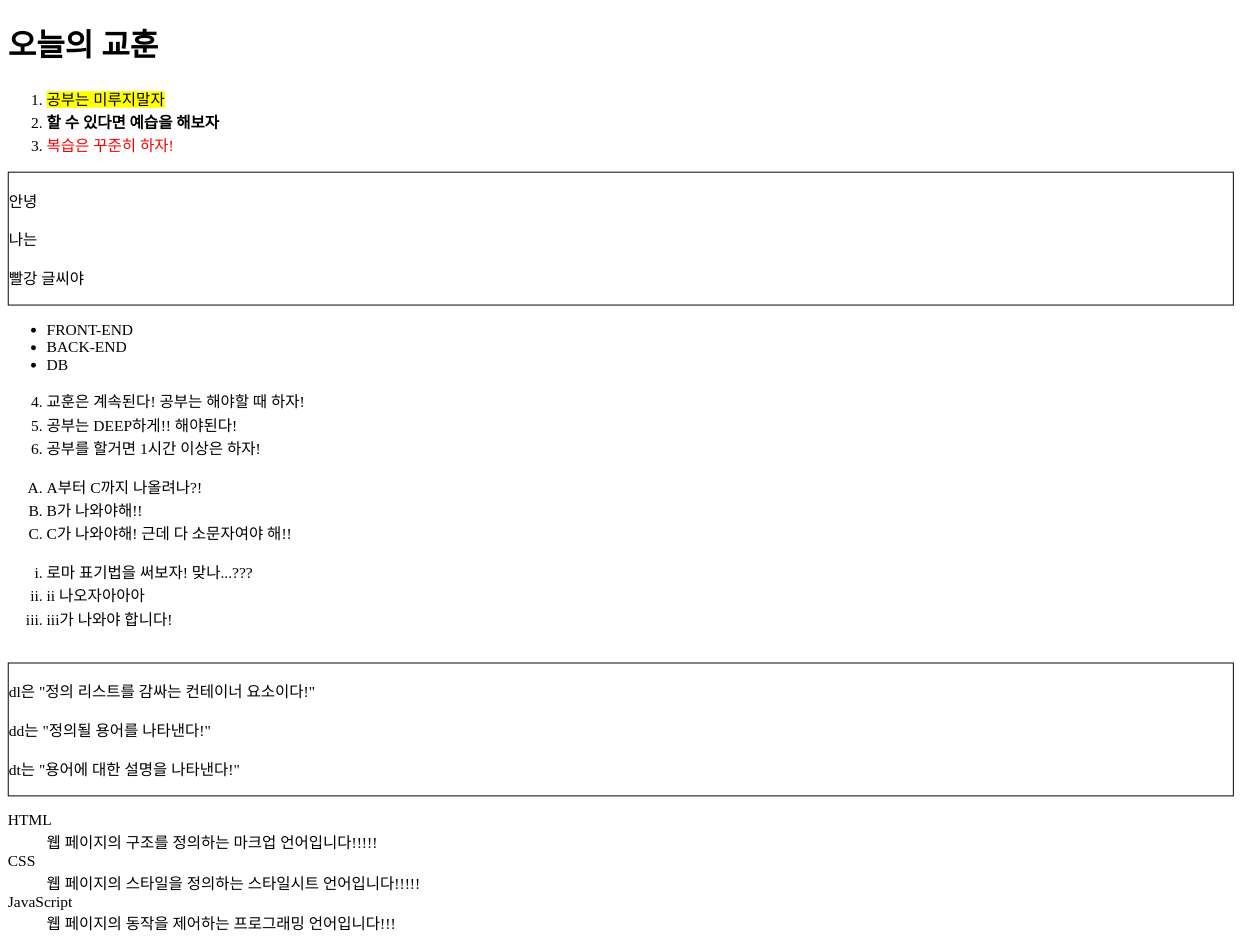
Repository: WonSeungUn/VSCODE
Page: web_work/Html/WebContent/homework.html
An editor plug-in stored every save of this project. The page is shown before and after the next save, followed by the edit.
The browser window is 1280 px wide. The pictures show the whole page, at 97% of full size.

Above is the page before, as saved 2024-07-08 11:04:46.

### web_work/Html/WebContent/homework.html
<!DOCTYPE html>
<html>
<head>
<meta name="author" content="WonSeungEon">
<meta charset="UTF-8">
<title>HTML 숙제</title>
<style type="text/css">
#divParent {
	border: 1px solid #000;
}

</style>
</head>

<body>
	<header>
		<h1>오늘의 교훈</h1>
	</header>
	<ol>
		<li><mark>공부는 미루지말자</mark></li>
		<li><strong>할 수 있다면 예습을 해보자</strong></li>
		<li><span style="color: red;'">복습은 꾸준히 하자!</span></li>
	</ol>

	<div id="divParent">
		<p >안녕</p>
		<p >나는</p>
		<p >빨강 글씨야</p>
	</div>

	<ul>
		<li>FRONT-END</li>
		<li>BACK-END</li>
		<li>DB</li>
	</ul>

	<ol start="4">
		<li>교훈은 계속된다! 공부는 해야할 때 하자!</li>
		<li>공부는 DEEP하게!! 해야된다!</li>
		<li>공부를 할거면 1시간 이상은 하자!</li>
	</ol>

	<ol style="list-style-type: upper-alpha;">
		<li>A부터 C까지 나올려나?!</li>
		<li>B가 나와야해!!</li>
		<li>C가 나와야해! 근데 다 소문자여야 해!!</li>
	</ol>

	<ol style="list-style-type: Lower-roman;">
		<li>로마 표기법을 써보자! 맞나...???</li>
		<li>ii 나오자아아아</li>
		<li>iii가 나와야 합니다!</li>
	</ol>
	<br>

	<section style="border: 1px solid #000;">
	<p>dl은 "정의 리스트를 감싸는 컨테이너 요소이다!"</p>
	<p>dd는 "정의될 용어를 나타낸다!"</p>
	<p>dt는 "용어에 대한 설명을 나타낸다!"</dd>
	</section>
	<dl>
		<dt>HTML</dt>
		<dd>웹 페이지의 구조를 정의하는 마크업 언어입니다!!!!!</dd>

		<dt>CSS</dt>
		<dd>웹 페이지의 스타일을 정의하는 스타일시트 언어입니다!!!!!</dd>

		<dt>JavaScript</dt>
		<dd>웹 페이지의 동작을 제어하는 프로그래밍 언어입니다!!!</dd>
	</dl>

</body>
</html>

After the next save:
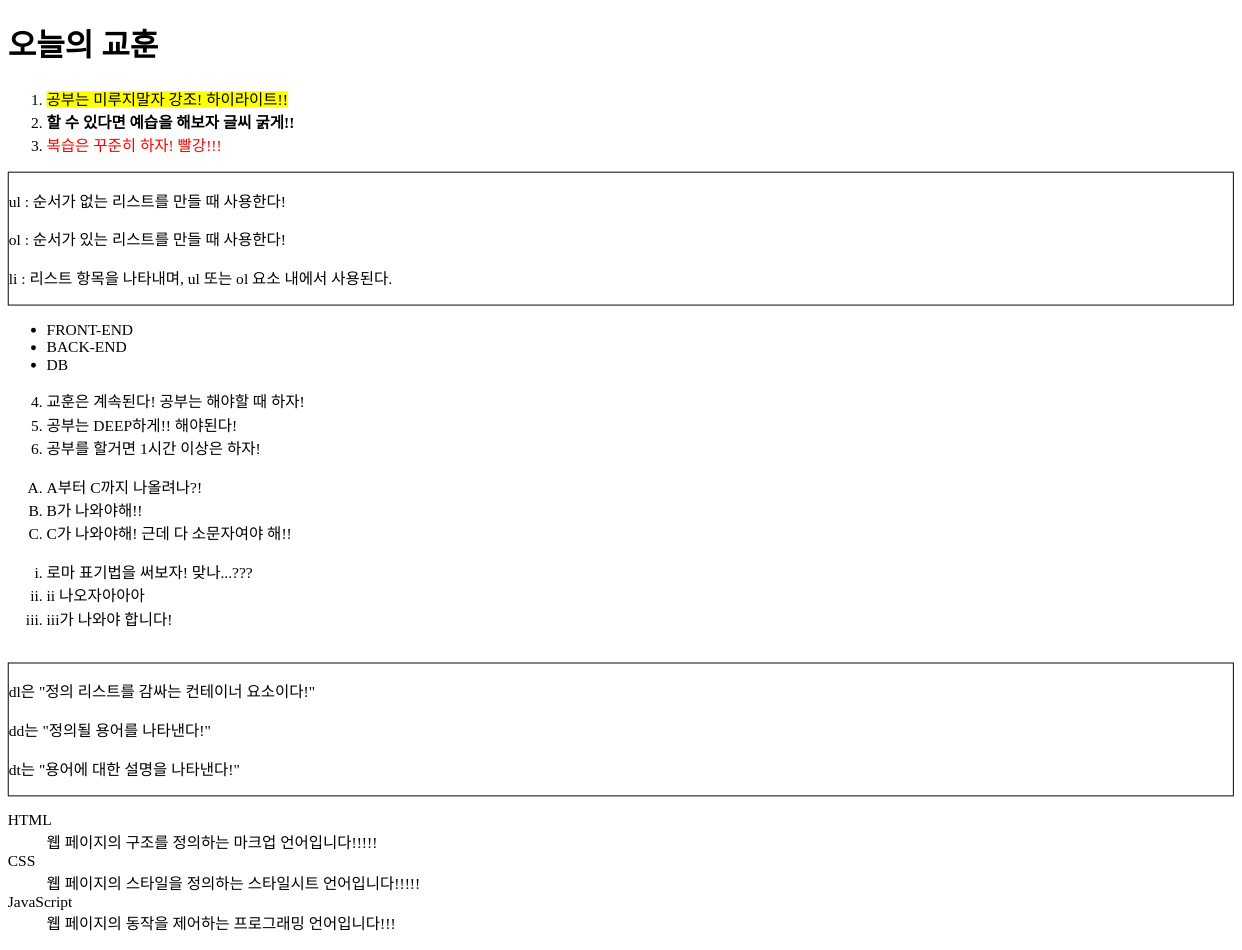
Saved 92 s later.
--- a/web_work/Html/WebContent/homework.html
+++ b/web_work/Html/WebContent/homework.html
@@ -17,15 +17,15 @@
 		<h1>오늘의 교훈</h1>
 	</header>
 	<ol>
-		<li><mark>공부는 미루지말자</mark></li>
-		<li><strong>할 수 있다면 예습을 해보자</strong></li>
-		<li><span style="color: red;'">복습은 꾸준히 하자!</span></li>
+		<li><mark>공부는 미루지말자 강조! 하이라이트!!</mark></li>
+		<li><strong>할 수 있다면 예습을 해보자 글씨 굵게!!</strong></li>
+		<li><span style="color: red;'">복습은 꾸준히 하자! 빨강!!!</span></li>
 	</ol>
 
 	<div id="divParent">
-		<p >안녕</p>
-		<p >나는</p>
-		<p >빨강 글씨야</p>
+		<p >ul : 순서가 없는 리스트를 만들 때 사용한다!</p>
+		<p >ol : 순서가 있는 리스트를 만들 때 사용한다!</p>
+		<p >li : 리스트 항목을 나타내며, ul 또는 ol 요소 내에서 사용된다. </p>
 	</div>
 
 	<ul>
